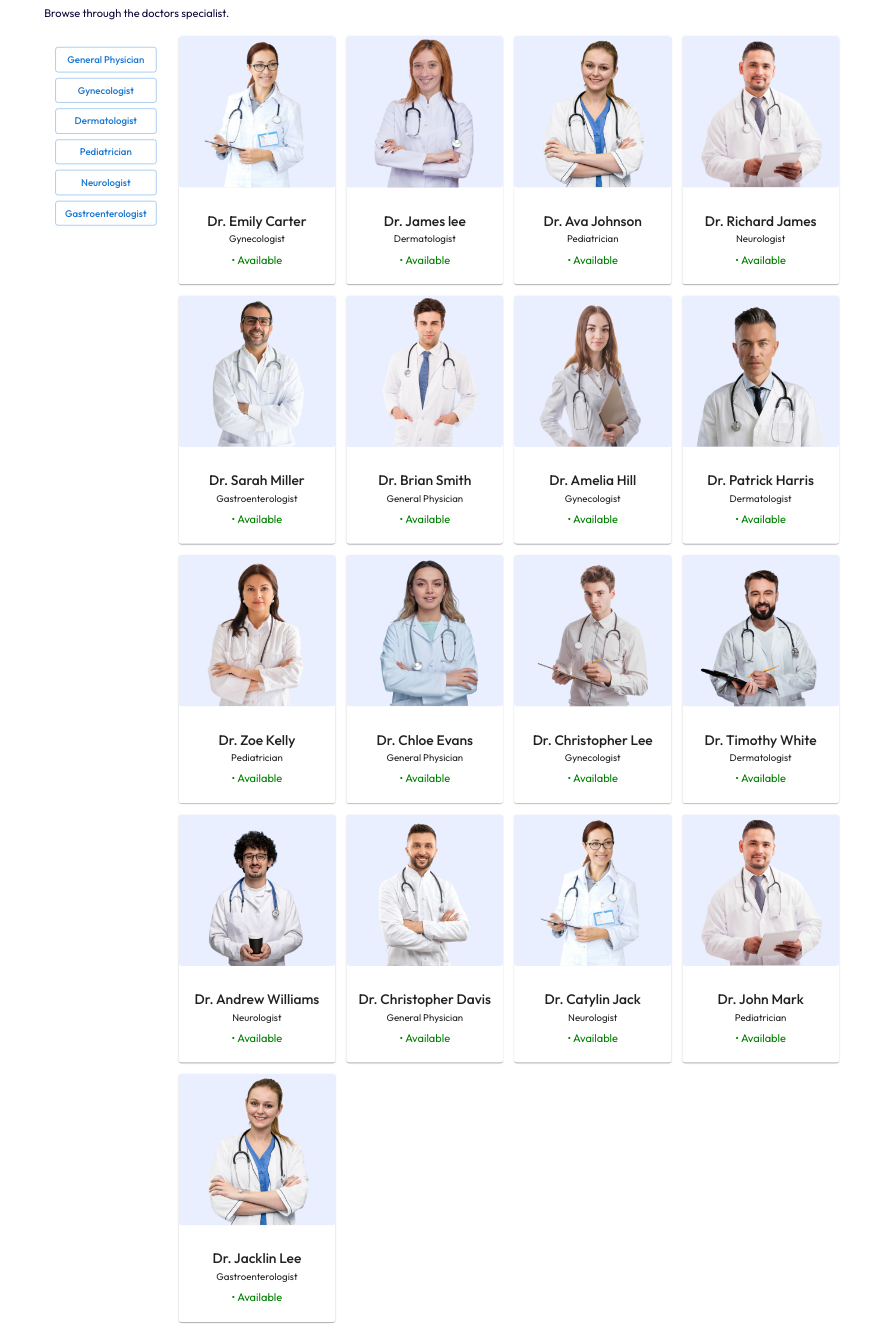
Repository: Ali-Dmerdash/DEPI_GRAD
Page: /
These files come from the project's save history. The page is drawn as it stood at one moment and after a run of saves; the edit follows.
The browser window is 1280 px wide. The pictures show the whole page, at 69% of full size.
The project was rebuilt for these pictures with package versions that can differ from the ones it lists, and the page was loaded fresh each time. Also part of the build but not shown: vite.config.ts.

Above is the page before, as saved 2024-10-05 22:31:37.

After the next 2 saves:
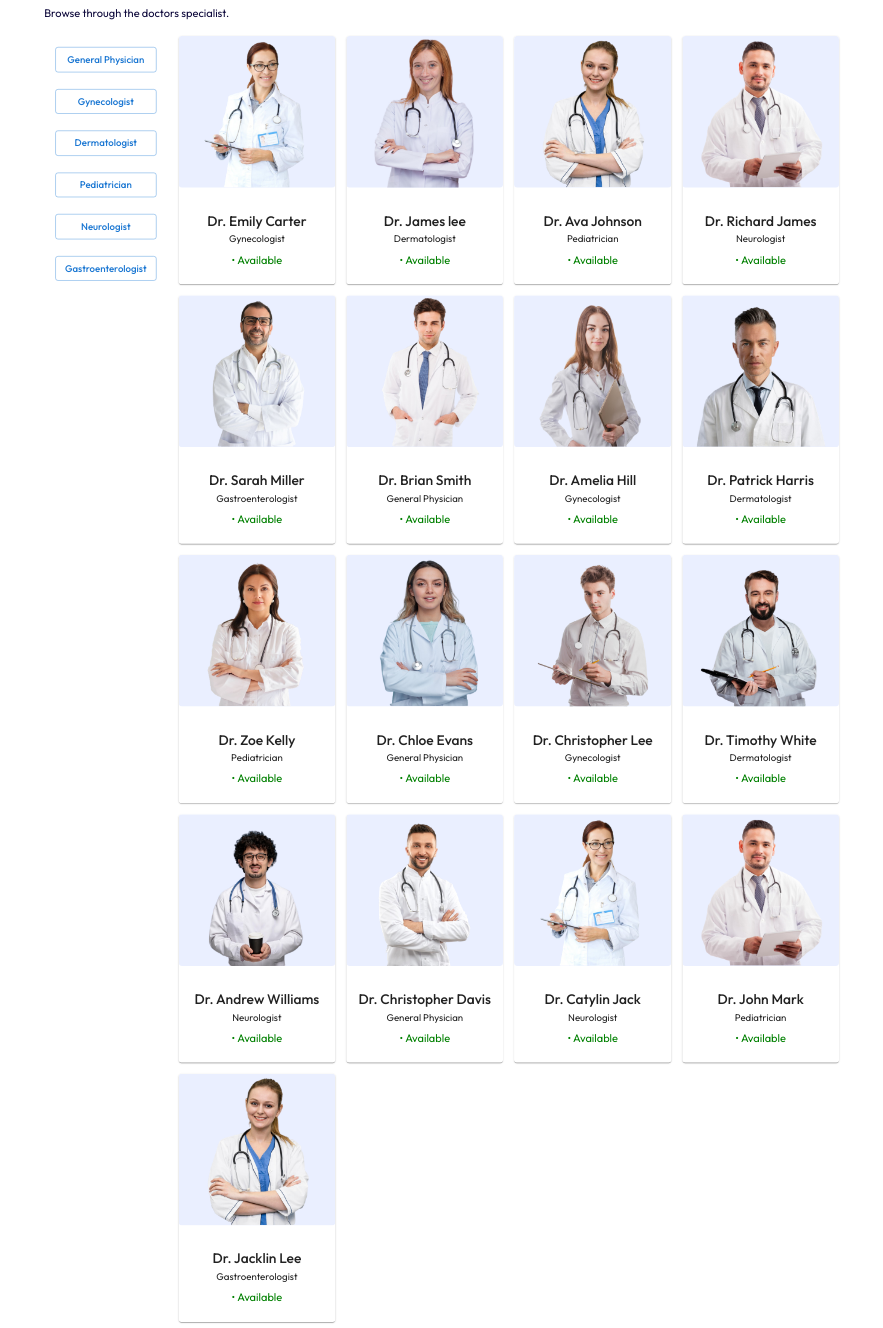
The 2 saves are shown as one change because they came seconds apart.
The last was saved 7 s later.
--- a/src/pages/doctors/index.tsx
+++ b/src/pages/doctors/index.tsx
@@ -190,7 +190,7 @@ const Doctors: React.FC = () => {
                 }
                 fullWidth
                 sx={{
-                  marginBottom: 1,
+                  marginBottom: 3,
                   textTransform: "none",
                 }}
               >
